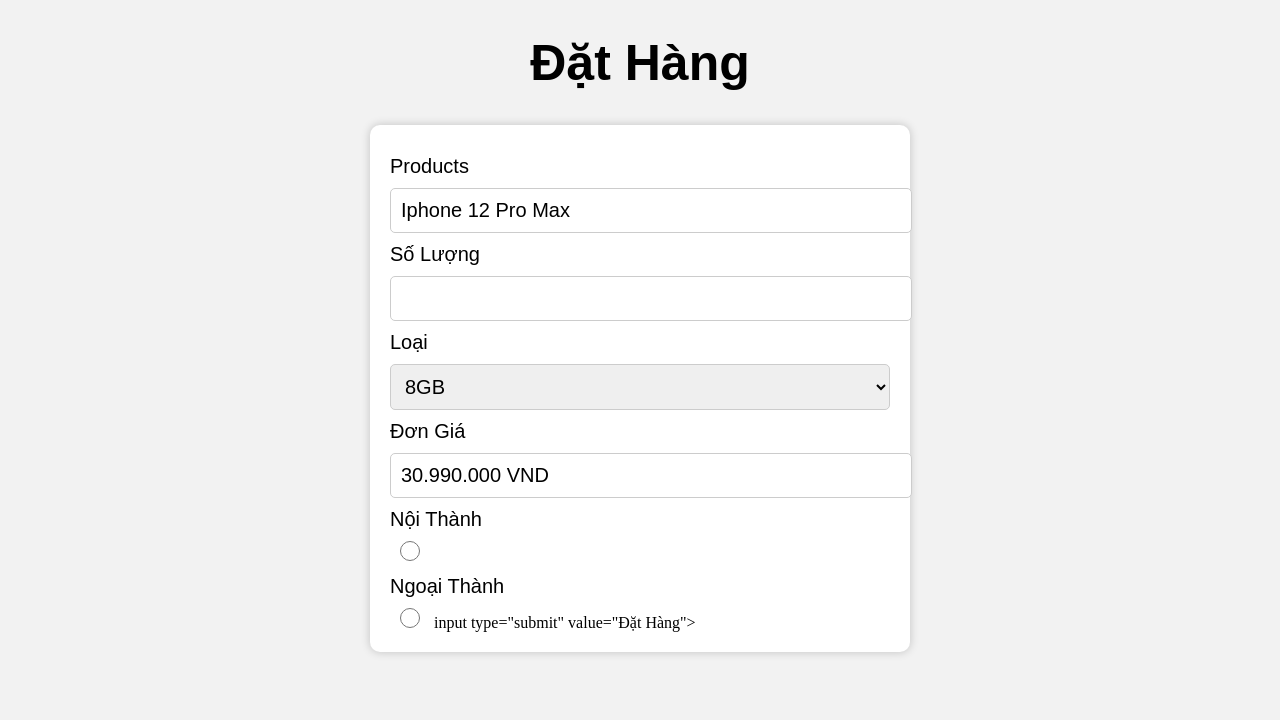
Repository: hisu87/WEB1043-JS
Page: Lab-Done-JS/Lab-7/html/Oder.html
The author's editor kept a copy of each file at every save. The page is drawn from the files as they stood at one save, then again after the next save.
The browser window is 1280 px wide. The pictures show the whole page.

Above is the page before, as saved 2023-04-08 13:31:14.
Console error: SyntaxError: Unexpected end of input

After the next save:
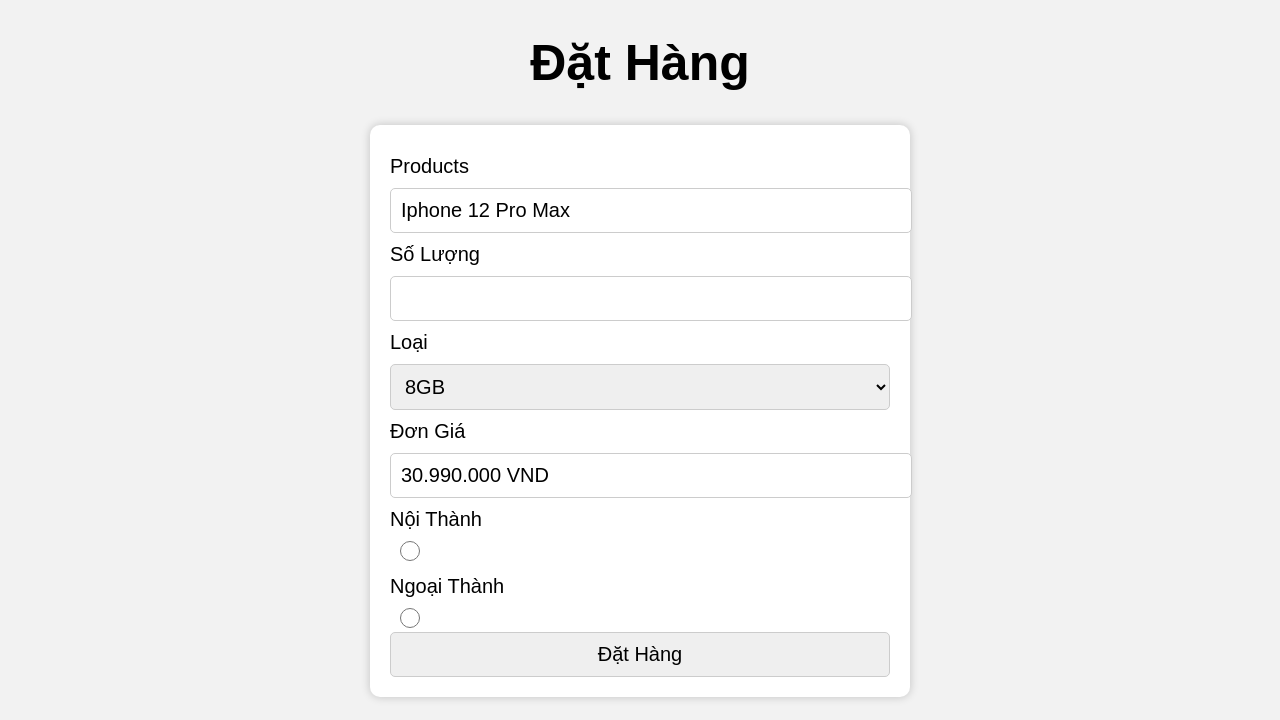
Saved 4 s later.
--- a/Lab-Done-JS/Lab-7/html/Oder.html
+++ b/Lab-Done-JS/Lab-7/html/Oder.html
@@ -100,7 +100,7 @@
             <label for="phi_vc">Phí Vận Chuyển</label>
             <input readonly type="text" name="phi_vc" id="phi_vc" value="55.000 VND ">
         </div>
-        input type="submit" value="Đặt Hàng">
+        <input type="submit" value="Đặt Hàng">
 
 
     </form>
